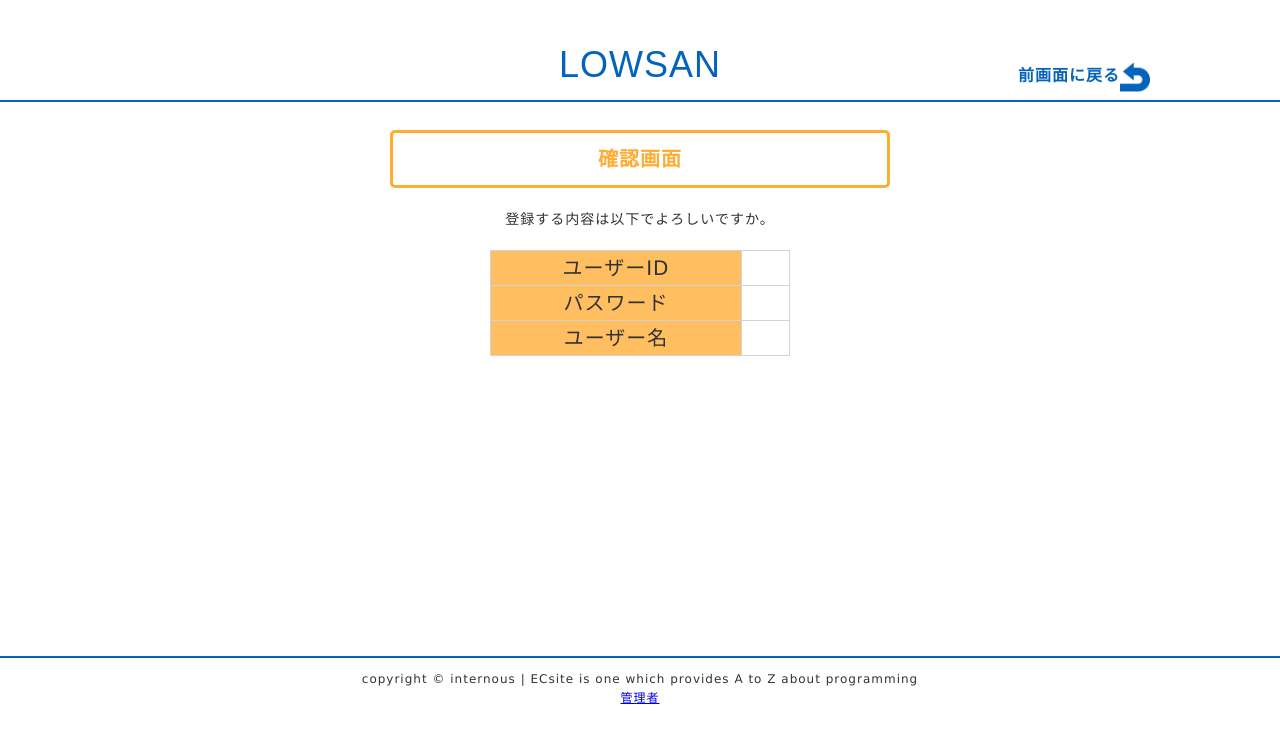
Repository: nishimura0212/myECsite
Page: http://localhost/ecsite/userCreateConfirm.jsp
These files come from the project's save history. The page is drawn as it stood at one moment and after the next save; the edit follows.
The browser window is 1280 px wide. The pictures show the whole page.
The page is served by Tomcat 9.

Above is the page before, as saved 2019-01-19 10:05:21.

After the next save:
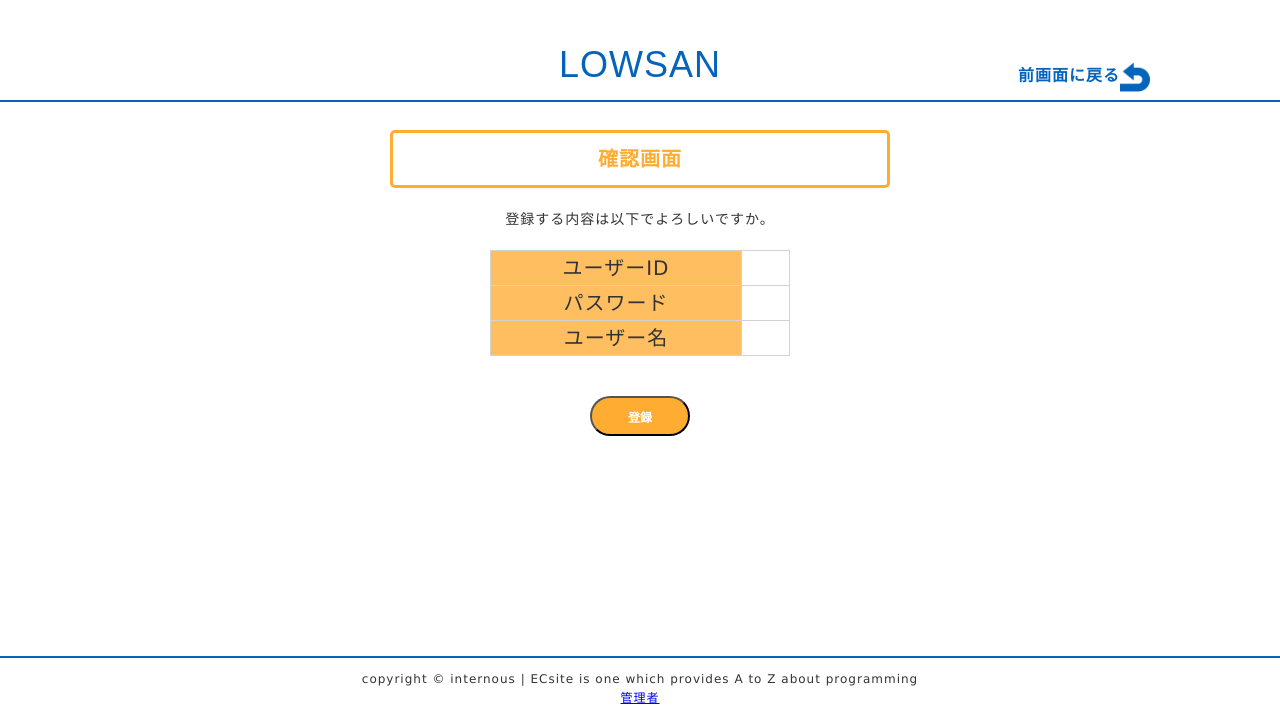
Saved 62 s later.
--- a/ecsite/WebContent/userCreateConfirm.jsp
+++ b/ecsite/WebContent/userCreateConfirm.jsp
@@ -46,7 +46,7 @@
 							<td class="td-right"><s:property value="userName" escape="false" /></td>
 						</tr>
 					</table>
-					<div class="button">
+					<div class="single">
 						<input type="button" value="登録" class="single_btn" />
 					</div>
 				</s:form>
